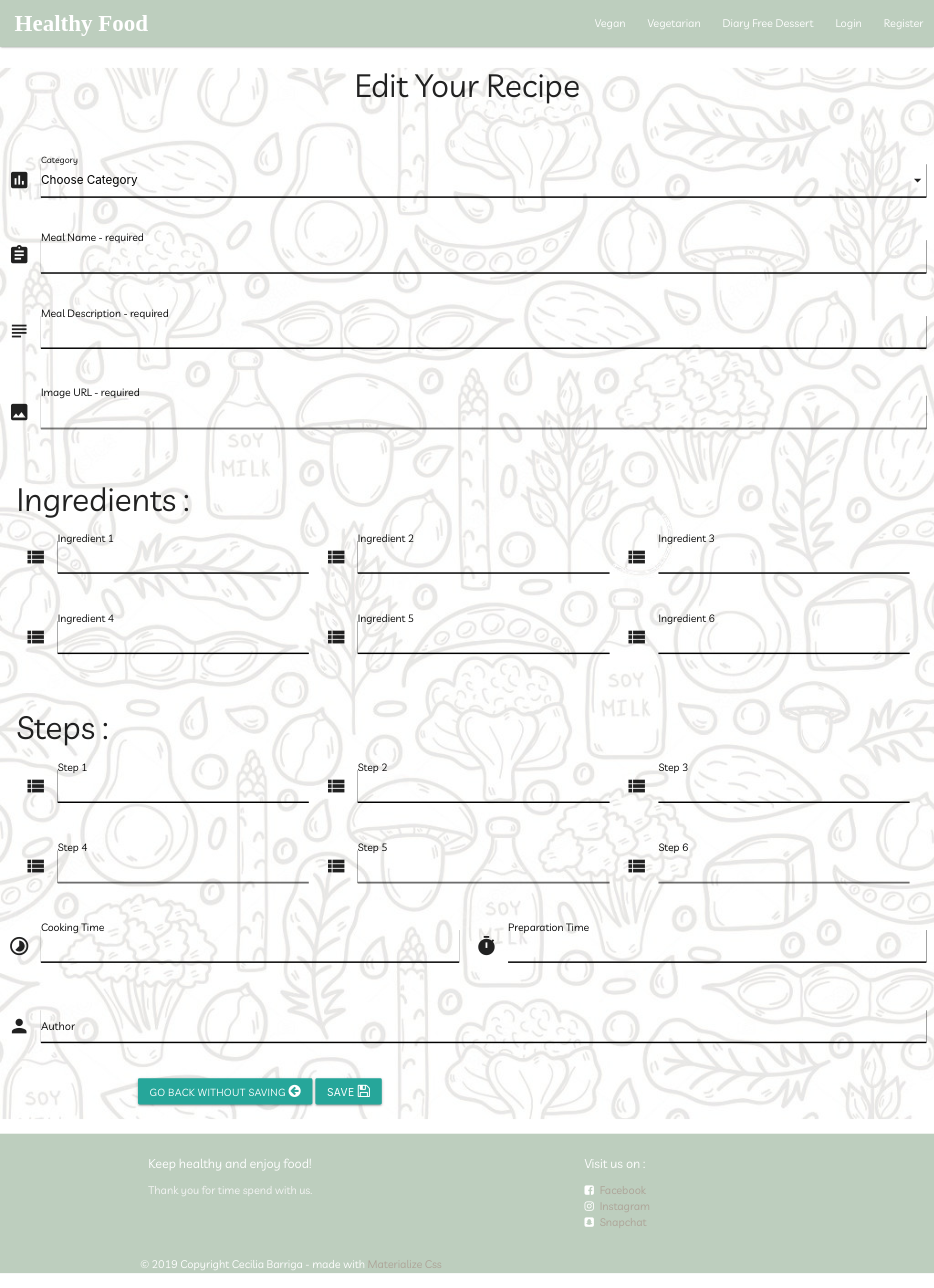
Repository: cesole/cookbook
Page: templates/edit_recipe.html
The author's editor kept a record of every edit. The page is drawn from the files as they stood at one moment, then again after the next edit.
The browser window is 1280 px wide. The pictures show the whole page, at 73% of full size.
Some web fonts or font styles are not loaded; a fallback is used. The page is served by the project's application, run on Flask 3 (app.py). The template is opened directly, without the code that normally fills it, so the values that code supplies are empty.

Above is the page before.

### templates/edit_recipe.html
{% extends 'base.html'%} {% block content %}
<h3 style="text-align:center;" class="font-grey">Edit Your Recipe</h3>
<div class="row font-grey">
    <form action="{{ url_for('update_recipe', meal_id=meal._id) }}" method="POST" class="col s12">
        <div class="row font-grey">
            <div class="input-field col s12">
                <i class="material-icons prefix">poll</i>
                <select id="category" name="category_name">
                  <option value="" disabled selected>Choose Category</option>
                  {% for meal in meals %}
                      <option value="{{meal.category_name}}" selected >{{meal.category_name}}</option>
                      {% else %}
                       <option value="{{meal.category_name}}">{{meal.category_name}}</option>

                  {% endfor %}
                </select>
                <label>Category</label>
            </div>
        </div>
        <div class="row font-grey">
            <div class="input-field col s12">
                <i class="material-icons prefix">assignment</i>
                <input placeholder="" id="dish_name" name="dish_name" type="text" class="validate" data-length="20" value="{{meal.dish_name}}" required>
                <label for="icon_prefix">Meal Name - required</label>
            </div>
        </div>
        <div class="row font-grey">
            <div class="input-field col s12">
                <i class="material-icons prefix">subject</i>
                <textarea placeholder="" name="dish_description" id="dish_description" class="materialize-textarea" required>{{meal.dish_description}}</textarea>
                <label for="icon_telephone">Meal Description - required</label>
            </div>
        </div>
        <div class="row font-grey">
            <div class="input-field col s12">
                <i class="material-icons prefix">image</i>
                <input placeholder="" id="image" name="image" value="{{meal.image}}" type="text" class="validate" data-length="100" required>
                <label for="icon_prefix">Image URL - required</label> {% for image in images %}
                <img src="{{meal.image}}" alt="meal image"> {% endfor %}
            </div>
        </div>
        <div class="row col s12 m12 font-grey">
            <h3>Ingredients :</h3>
            <div class="input-field col s12 m4">
                <i class="material-icons prefix">view_list</i>
                <textarea placeholder="" name="ingredient_one" id="ingredient_one" class="materialize-textarea">{{meal.ingredient_one}}</textarea>
                <label for="icon_telephone">Ingredient 1</label>
            </div>
            <div class="input-field col s12 m4">
                <i class="material-icons prefix">view_list</i>
                <textarea placeholder="" name="ingredient_two" id="ingredient_two" class="materialize-textarea">{{meal.ingredient_two}}</textarea>
                <label for="icon_telephone">Ingredient 2</label>
            </div>
            <div class="input-field col s12 m4">
                <i class="material-icons prefix">view_list</i>
                <textarea placeholder="" name="ingredient_three" id="ingredient_three" class="materialize-textarea">{{meal.ingredient_three}}</textarea>
                <label for="icon_telephone">Ingredient 3</label>
            </div>
        </div>
        <div class="row col s12 m12 font-grey">
            <div class="input-field col s12 m4">
                <i class="material-icons prefix">view_list</i>
                <textarea placeholder="" name="ingredient_four" id="ingredient_four" class="materialize-textarea">{{meal.ingredient_four}}</textarea>
                <label for="icon_telephone">Ingredient 4</label>
            </div>
            <div class="input-field col s12 m4">
                <i class="material-icons prefix">view_list</i>
                <textarea placeholder="" name="ingredient_five" id="ingredient_five" class="materialize-textarea">{{meal.ingredient_five}}</textarea>
                <label for="icon_telephone">Ingredient 5</label>
            </div>
            <div class="input-field col s12 m4">
                <i class="material-icons prefix">view_list</i>
                <textarea placeholder="" name="ingredient_six" id="ingredient_six" class="materialize-textarea">{{meal.ingredient_six}}</textarea>
                <label for="icon_telephone">Ingredient 6</label>
            </div>
        </div>
        <div class="row col s12 m12 font-grey">
            <h3>Steps :</h3>
            <div class="input-field col s12 m4">
                <i class="material-icons prefix">view_list</i>
                <textarea placeholder="" name="step_one" id="step_one" class="materialize-textarea">{{meal.step_one}}</textarea>
                <label for="icon_telephone">Step 1</label>
            </div>
            <div class="input-field col s12 m4">
                <i class="material-icons prefix">view_list</i>
                <textarea placeholder="" name="step_two" id="step_two" class="materialize-textarea">{{meal.step_two}}</textarea>
                <label for="icon_telephone">Step 2</label>
            </div>
            <div class="input-field col s12 m4">
                <i class="material-icons prefix">view_list</i>
                <textarea placeholder="" name="step_three" id="step_three" class="materialize-textarea">{{meal.step_three}}</textarea>
                <label for="icon_telephone">Step 3</label>
            </div>
        </div>
        <div class="row col s12 m12 font-grey">
            <div class="input-field col s12 m4">
                <i class="material-icons prefix">view_list</i>
                <textarea placeholder="" name="step_four" id="step_four" class="materialize-textarea">{{meal.step_four}}</textarea>
                <label for="icon_telephone">Step 4</label>
            </div>
            <div class="input-field col s12 m4">
                <i class="material-icons prefix">view_list</i>
                <textarea placeholder="" name="step_five" id="step_five" class="materialize-textarea">{{meal.step_five}}</textarea>
                <label for="icon_telephone">Step 5</label>
            </div>
            <div class="input-field col s12 m4">
                <i class="material-icons prefix">view_list</i>
                <textarea placeholder="" name="step_six" id="step_six" class="materialize-textarea">{{meal.step_six}}</textarea>
                <label for="icon_telephone">Step 6</label>
            </div>
        </div>
        <div class="row font-grey">
            <div class="input-field col s12 m6">
                <i class="material-icons prefix">timelapse</i>
                <textarea placeholder="" name="cook_time" id="cook_time" class="materialize-textarea">{{meal.cook_time}}</textarea>
                <label for="icon_telephone">Cooking Time</label>
            </div>
            <div class="input-field col s12 m6">
                <i class="material-icons prefix">timer</i>
                <textarea placeholder="" name="prep_time" id="prep_time" class="materialize-textarea">{{meal.prep_time}}</textarea>
                <label for="icon_telephone">Preparation Time</label>
            </div>
        </div>
        <div class="row">
            <div class="input-field col s12">
                <i class="material-icons prefix">person</i>
                <textarea name="author" id="author" class="materialize-textarea">{{ meal.author }}</textarea>
                <label for="icon_telephone">Author</label>
            </div>
        </div>

        <div class="container">
            <div class="row">
                <a class="btn waves-effect waves-light" name="action" href="/get_my_recipes">Go Back without Saving <i class="fa fa-arrow-circle-left"></i></a>
                <button class="btn waves-effect waves-light" name="submit" type="submit">Save <i class="fa fa-save"></i></button>

            </div>

        </div>
    </form>
</div>
{% endblock %}

### templates/base.html
<!DOCTYPE html>
<html lang="en">

<head>
    <meta charset="UTF-8">
    <meta name="viewport" content="width=device-width, initial-scale=1.0">

    <link href="https://fonts.googleapis.com/icon?family=Material+Icons" rel="stylesheet">
    <!-- Compiled and minified CSS -->
    <link rel="stylesheet" href="{{ url_for('static', filename='css/materialize.min.css') }}" type="text/css" />
    <link href="https://stackpath.bootstrapcdn.com/font-awesome/4.7.0/css/font-awesome.min.css" rel="stylesheet" integrity="sha384-wvfXpqpZZVQGK6TAh5PVlGOfQNHSoD2xbE+QkPxCAFlNEevoEH3Sl0sibVcOQVnN" crossorigin="anonymous">
    <link href="https://fonts.googleapis.com/css?family=Livvic|Londrina+Outline&display=swap" rel="stylesheet">
    <link rel="stylesheet" href="{{ url_for('static', filename='css/style.css') }}" type="text/css" />


    <title>Cookbook</title>
</head>

<body class="container-fluid">
    <nav>
        <div class="nav-wrapper">
            <a href="{{url_for('index')}}" class="brand-logo">Healthy Food</a>
            <a href="#" data-target="mobile-demo" class="sidenav-trigger"><i class="material-icons">menu</i></a>
            <ul class="right hide-on-med-and-down">
                {% if session.username %}
                <li>Hello, {{ session.username }}!</li>
                {% endif %}
                <li><a href="{{url_for('vegan')}}">Vegan</a></li>
                <li><a href="{{url_for('vegetarian')}}">Vegetarian</a></li>
                <li><a href="{{url_for('dessert')}}">Diary Free Dessert</a></li>
                {% if not session.username %}
                <li><a href="{{url_for('login')}}">Login</a></li>
                <li><a href="{{url_for('register')}}">Register</a></li>
                {% else %}
                <li><a href="{{url_for('get_my_recipes')}}">My Recipes</a></li>
                <li><a href="{{url_for('logout')}}">Logout</a></li>
                {% endif %}
            </ul>
        </div>
        <ul class="sidenav" id="mobile-demo">
            {% if session.username %}
            <li>Hello, {{ session.username }}!</li>
            {% endif %}
            <li><a href="{{url_for('vegan')}}">Vegan</a></li>
            <li><a href="{{url_for('vegetarian')}}">Vegetarian</a></li>
            <li><a href="{{url_for('dessert')}}">Diary Free Dessert</a></li>
            {% if not session.username %}
            <li><a href="{{url_for('login')}}">Login</a></li>
            <li><a href="{{url_for('register')}}">Register</a></li>
            {% else %}
            <li><a href="{{url_for('get_my_recipes')}}">My Recipes</a></li>
            <li><a href="{{url_for('logout')}}">Logout</a></li>
            {% endif %}
        </ul>
    </nav>

    <div class="container-fluid">
        <main style="background-image: url({{ url_for('static', filename='images/background2.jpg') }}); background-size: contain; ">{% block content %}{% endblock %}</main>
    </div>

    <footer class="page-footer">
        <div class="container">
            <div class="row">
                <div class="col l6 s12">
                    <h6 class="white-text">Keep healthy and enjoy food!</h6>
                    <p class="grey-text text-lighten-4">Thank you for time spend with us.</p>
                </div>
                <div class="col l4 offset-l2 s12">
                    <h6 class="white-text">Visit us on :</h6>
                    <ul>
                        <li><i class="fa fa-facebook-square"></i><a class="social-media" href="https://www.facebook.com/" target="_blank">Facebook</a></li>
                        <li><i class="fa fa-instagram"></i><a class="social-media" href="https://www.instagram.com/" target="_blank">Instagram</a></li>
                        <li><i class="fa fa-snapchat-square"></i><a class="social-media" href="https://www.snapchat.com/" target="_blank">Snapchat</a></li>
                    </ul>
                </div>
            </div>
            <div class="copyright">
                <div class="row">
                    © 2019 Copyright Cecilia Barriga - made with <a class="orange-text text-lighten-3" href="https://materializecss.com/" target="_blank">Materialize Css</a>
                </div>
            </div>
        </div>
    </footer>


    <script src="https://code.jquery.com/jquery-3.3.1.slim.min.js" integrity="sha384-q8i/X+965DzO0rT7abK41JStQIAqVgRVzpbzo5smXKp4YfRvH+8abtTE1Pi6jizo" crossorigin="anonymous"></script>
    <!-- Compiled and minified JavaScript -->
    <script src="https://cdnjs.cloudflare.com/ajax/libs/materialize/1.0.0/js/materialize.min.js"></script>

    <script>
        $(document).ready(function() {
            $('.sidenav').sidenav();
            $('.parallax').parallax();
            $('.carousel').carousel();
            $('.slider').slider();
            $('select').formSelect();
        });
    </script>

</body>

</html>

### app.py
import os
from flask import Flask, render_template, flash, redirect, request, url_for, session, make_response, current_app
from flask_pymongo import PyMongo
import pymongo
from pymongo import MongoClient
from bson.objectid import ObjectId
import json
from datetime import datetime
from functools import update_wrapper


app = Flask(__name__)
app.config["MONGO_DBNAME"] = 'cook_book'
app.config["MONGO_URI"] = os.getenv('MONGO_URI', 'mongodb://localhost')
app.config['SECRET_KEY'] = "cooking_book"


mongo = PyMongo(app)




@app.route('/')
@app.route('/index')
def index():
    return render_template('index.html')

@app.route('/vegan')
def vegan():
    return render_template('vegan.html',
                            meals=mongo.db.meals.find())

@app.route('/vegetarian')
def vegetarian():
    return render_template('vegetarian.html',
                            meals=mongo.db.meals.find())

@app.route('/dessert')
def dessert():
    return render_template('dessert.html',
                            meals=mongo.db.meals.find())

@app.route('/login', methods=["POST", "GET"])
def login():
    users = mongo.db.users
    login_user = users.find_one({"username" : request.form.get("username", False)})
    if login_user:
        if (request.form['pass']) == login_user['password']:
            session['username'] = request.form['username']
            return redirect(url_for('index'))
        flash('Invalid username/password combination')

    return render_template('login.html')




@app.route('/register', methods=["POST", "GET"])
def register():
    if request.method == "POST":
        users = mongo.db.users
        existing_user = users.find_one({"username" : request.form['username']})
        if existing_user is None:
            users.insert({'username' : request.form['username'],
                            'password' : request.form['pass']
            })
            session['username'] = request.form['username']
            return redirect(url_for('index'))
        flash("Username already exist! Try again!")
    return render_template('register.html')


@app.route('/get_my_recipes', methods=['GET', 'POST'])
def get_my_recipes():
    if not 'username' in session:
        return redirect('/login')
    else:
        meals = mongo.db.meals.find()
        return render_template('user_recipes.html',
                           user=session['username'],
                        meals=meals)

@app.route('/add_recipe')
def add_recipe():
    return render_template('add_recipe.html',
                            categories=mongo.db.categories.find(),
                            meals=mongo.db.meals.find())


@app.route('/insert_recipe', methods=['POST'])
def insert_recipe():
    meals =  mongo.db.meals
    meals.insert_one(request.form.to_dict())
    return render_template('user_recipes.html',
    categories=mongo.db.categories.find(),
                            meals=mongo.db.meals.find())


@app.route('/delete_recipe/<meal_id>')
def delete_recipe(meal_id):
    mongo.db.meals.remove({'_id': ObjectId(meal_id)})
    return redirect(url_for('get_my_recipes'))


@app.route('/edit_recipe/<meal_id>')
def edit_recipe(meal_id):
    the_meal =  mongo.db.meals.find_one({"_id": ObjectId(meal_id)})
    all_categories =  mongo.db.categories.find()
    return render_template('edit_recipe.html', meal=the_meal,
                           categories=all_categories)


@app.route('/update_recipe/<meal_id>', methods=["POST"])
def update_recipe(meal_id):
    meals = mongo.db.meals
    meals.update( {'_id': ObjectId(meal_id)},
    {
        'dish_name':request.form.get('dish_name'),
        'category_name':request.form.get('category_name'),
        'dish_description': request.form.get('dish_description'),
        'ingredient_one': request.form.get('ingredient_one'),
        'ingredient_two': request.form.get('ingredient_two'),
        'ingredient_three': request.form.get('ingredient_three'),
        'ingredient_four': request.form.get('ingredient_four'),
        'ingredient_five': request.form.get('ingredient_five'),
        'ingredient_six': request.form.get('ingredient_six'),
        'step_one': request.form.get('step_one'),
        'step_two': request.form.get('step_two'),
        'step_three': request.form.get('step_three'),
        'step_four': request.form.get('step_four'),
        'step_five': request.form.get('step_five'),
        'step_six': request.form.get('step_six'),
        'image': request.form.get('image'),
        'cook_time': request.form.get('cook_time'),
        'prep_time': request.form.get('prep_time'),
        'author': request.form.get('author')
    })
    return redirect(url_for('get_my_recipes'))



@app.route('/logout')
def logout():
    session.clear()
    return redirect(url_for('index'))

@app.route('/recipe/<meal_id>', methods=['GET', 'POST'])
def recipe(meal_id):
    the_meal =  mongo.db.meals.find_one({"_id": ObjectId(meal_id)})
    return render_template('recipe.html', meal=the_meal)


if __name__ == '__main__':
    app.run(host=os.environ.get('IP'),
            port=int(os.environ.get('PORT')),
            debug=True)

### static/css/style.css
#index {
    color: #878f99;
    text-align: center;
}

nav .nav-wrapper {
    position: relative;
    height: 100%;
    background-color: #bdcebe !important;
    color: white;
}

.index-container {
    margin-left: 30px;
    color: #878f99;
}

.brand-logo {
    font-family: 'Londrina Outline', cursive;
    font-weight: bold;
    margin-left: 20px;
}

html {
    font-family: 'Livvic', sans-serif;
}

.description {
    font-size: 1.5rem;
}

main {
    min-height: 50vh;
}

form {
    margin-top: 50px;
}

.meals {
    padding-top: 50px;
}

span.card-title {
    background-color: #d68d057a;
    width: 100%;
    padding: 10px !important;
}

.card-content {
    height: 100px;
}

/* Caption styles */

.caption {
    background-color: rgba(0, 0, 0, 0.1);
}

/* parallax styles */
.grey-text.text-darken-3 {
    color: white !important;
    text-align: center;
}

.white {
    color: #878f99;
    text-align: center;
}

.header {
    color: #878f99;
    text-align: center;
}


.brown-text {
    color: #bdaa93 !important;
}


/* end of style */



/* end of styles */

.input-field label {
    color: black;
}

.input-field input[type=text],
.input-field input[type=password],
.input-field input[type=email]{
    border-bottom: 1px solid black;
    box-shadow: 0 1px 0 0 black;
}

.switch label {
    color: black;
}

textarea.materialize-textarea {
    border-bottom: 1px solid black;
    box-shadow: 0 1px 0 0 black;
}

label.active {
    color: #000000 !important;
    font-size: 18px !important;
}


.page-footer {
    padding-top: 20px;
    color: #fff;
    background-color: #bdcebe !important;
}

img.responsive-img {
    max-width: 70%;
    height: auto;
}


.title-image {
    background-image: url('static/images/background.jpg');
}

.flashes {
    text-align: center;
    font-size: 2rem;
}


.orange-text.text-lighten-3 {
    color: #ada397 !important;
}

.social-media {
    color: #ada397;
    margin-left: 8px;
}


/* MEDIA STYLE */

@media (max-width: 768px) {
    nav .brand-logo {
        font-size: 1rem;
    }
}

Loaded but not shown: static/css/materialize.min.css (library)

After the next edit:
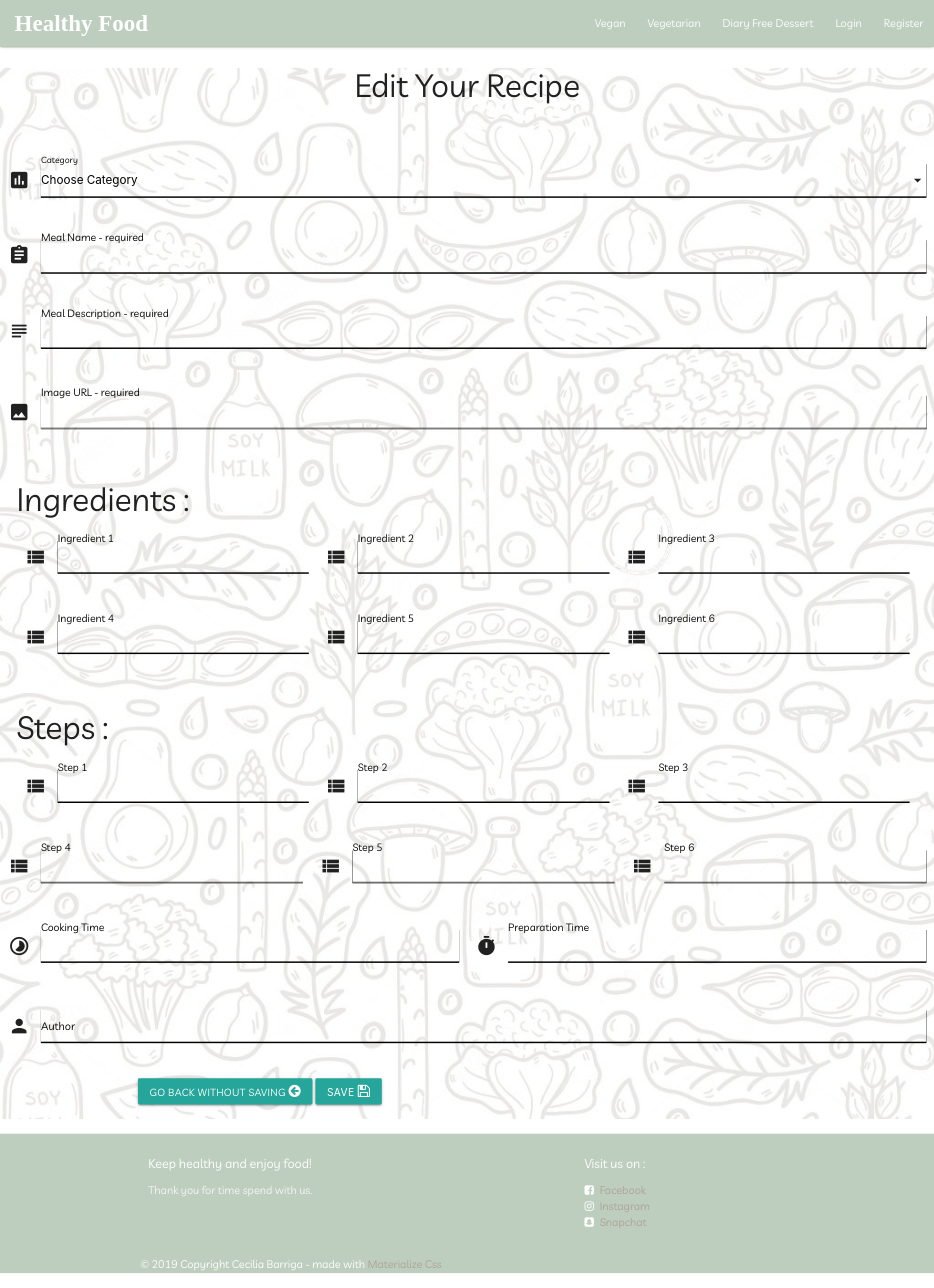
The edit:
--- a/templates/edit_recipe.html
+++ b/templates/edit_recipe.html
@@ -92,7 +92,7 @@
                 <label for="icon_telephone">Step 3</label>
             </div>
         </div>
-        <div class="row col s12 m12 font-grey">
+        <div class="row font-grey">
             <div class="input-field col s12 m4">
                 <i class="material-icons prefix">view_list</i>
                 <textarea placeholder="" name="step_four" id="step_four" class="materialize-textarea">{{meal.step_four}}</textarea>
